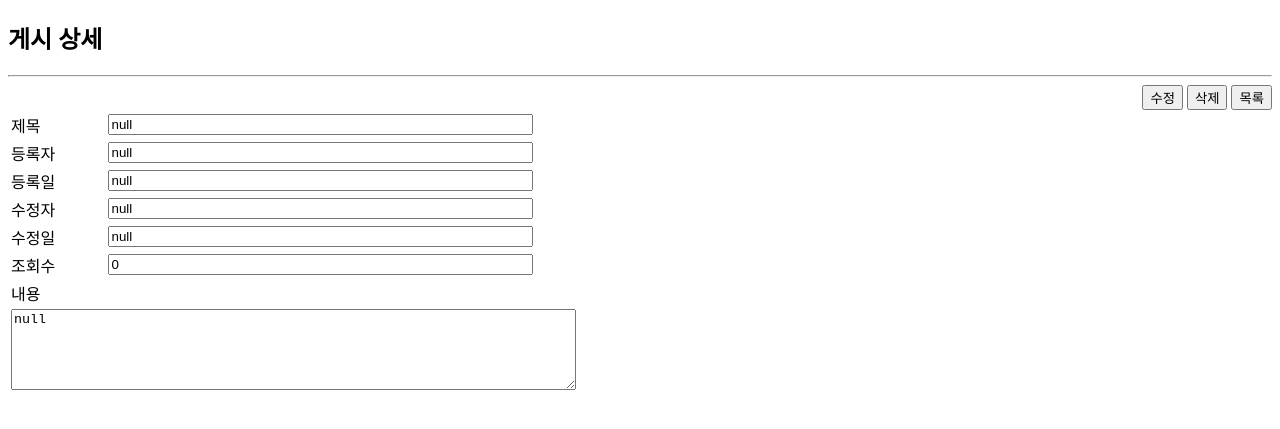
Repository: kimjoohye/study_WEB
Page: http://localhost/studyhtml5/board/board_mod.jsp
The author's editor kept a copy of each file at every save. The page is drawn from the files as they stood at one save, then again after the next save.
The browser window is 1280 px wide. The pictures show the whole page.
The page is served by Tomcat 9. Nobody is signed in. The application's start-up code is not run. Other server files are loaded and not shown.

Above is the page before, as saved 2022-05-19 06:23:17.

### workspace/studyhtml5/WebContent/board/board_mod.jsp
<%@page import="com.pcwk.board.BoardVO"%>
<%@ page language="java" contentType="text/html; charset=UTF-8"
    pageEncoding="UTF-8"%>
<%@ include file="/com/common.jsp" %>
<%
    BoardVO vo = (BoardVO) request.getAttribute("vo");
	if(null == vo) {
		vo = new BoardVO();
	}
%>
<!DOCTYPE html>
<html>
<head>
<meta name="viewport" content="width=device-width,initial-scale=1.0">
<meta charset="UTF-8">
<link rel="shortcut icon" type="image/x-icon" href="<%=contPath %>/favicon.ico">
<!--reset 스타일 시트 -->
<!-- link rel="stylesheet" type="text/css" href="<%=contPath %>/asset/css/reset.css" -->
<link rel="stylesheet"  type="text/css" href="<%=contPath %>/asset/css/jquery-ui.css">
<!--스타일 시트 -->
<style type="text/css">
</style>
<title>Insert title here</title>
<!-- jquery -->
<script type="text/javascript" src="<%=contPath %>/asset/js/jquery-1.12.4.js"></script>
<!-- jQuery UI -->
<script type="text/javascript" src="<%=contPath %>/asset/js/jquery-ui.js"></script>
<script type="text/javascript" src="<%=contPath %>/asset/js/common.js"></script>
</head>
<body>
	<h2>게시 상세</h2>
	<hr/>

	<div width="600" style="text-align: right;">
	 <input type="button" value="수정" id="doUpdate">
	 <input type="button" value="삭제" id="doDelete">
	 <input type="button" value="목록" id="moveToList">
	</div>
	<form action="<%=contPath %>/board/board.do" name="boardFrm" id="boardFrm">
		<input type="hidden" name="seq" id="seq" value="<%=vo.getSeq()%>">
		<input type="hidden" name="work_div" id="work_div">
	  <table width="600">
	      <tr>
	        <td width="100">제목</td>
	        <td width="500"><input type="text" name="title" id="title" maxlength="200" size="50" value="<%=vo.getTitle()%>"></td>
	        <td></td>
	      </tr>
	      <tr>
	        <td width="100">등록자</td>
	        <td width="500"><input value="<%=vo.getRegId()%>" type="text" name="reg_id" id="title" maxlength="50" size="50" readonly></td>
	      </tr>
	      <tr>
	        <td width="100">등록일</td>
	        <td width="500"><input value="<%=vo.getRegDt()%>" type="text" name="regDt" id="regDt" maxlength="50" size="50" readonly></td>
	      </tr>
	      <tr>
	        <td width="100">수정자</td>
	        <td width="500"><input value="<%=vo.getModId()%>" type="text" name="mod_id" id="mod_id" maxlength="50" size="50"></td>
	      </tr>
	      <tr>
	        <td width="100">수정일</td>
	        <td width="500"><input value="<%=vo.getModDt()%>" type="text" name="modDt" id="modDt" maxlength="50" size="50" readonly></td>
	      </tr>
	      <tr>
	        <td width="100">조회수</td>
	        <td width="500"><input value="<%=vo.getReadCnt()%>"type="text" name="readCnt" id="readCnt" maxlength="50" size="50" readonly></td>
	      </tr>
	      <tr>
	        <td colspan="2">내용</td>
	      </tr>
	      <tr>
	        <td colspan="2"><textarea rows="5" cols="68" name="contents" id="contents"><%=vo.getContents()%></textarea></td>
	      </tr>
	  </table>
	</form>

	<script type="text/javascript">
	$('#doUpdate').on('click', function(){
		console.log('#doUpdate');

		let title = $('#title').val();
		// if(null === title || title.trim().length == 0) {
			if(isEmpty(title)) {
			// focus
			$('#title').focus();
			alert('제목을 입력하세요.');
			return;
		}
		title = title.trim();

		let modId = $('#mod_id').val();

		console.log('isEmpty(modId) : ' + isEmpty(modId));

		if(isEmpty(modId) || modId.trim().length == 0) {
			$('#mod_id').focus();
			alert('수정자 ID를 입력하세요');
			return;
		}
		modId = modId.trim();

		let contents = $('#contents').val();
		if(isEmpty(contents) || contents.trim().length == 0) {
			$('#contents').focus();
			alert('내용을 입력하세요');
			return;
		}
		contents = contents.trim();

		if(false == confirm('수정하시겠습니까?')) return;

    $.ajax({
        type: "GET",
        url:"<%=contPath%>/board/board.do",
        asyn:"true",
        dataType:"html",
        data:{
          work_div:"doUpdate",
          seq : $('#seq').val(),
          title : title,
          modId : modId,
          contents : contents
        },
        success:function(data){//통신 성공
            // console.log("success data:"+data);
        	  //string to json
        	  const jsonObj = JSON.parse(data);
        	  if(!isEmpty(jsonObj) && jsonObj.messageId == "1") {
	        		alert(jsonObj.msgContents);
	        		goList();
        	  }else {
        		  alert(jsonObj.msgContents);
        	  }
          },
          error:function(data){//실패시 처리
            console.log("error:"+data);
          }
      });


	});

	 $('#moveToList').on('click', function(){
		 goList();
	 });

	 function goList(){
		 const listURL = "/studyhtml5/board/board.do?work_div=doRetrieve";
     window.location.href=listURL;
	 }

	 $('#doDelete').on('click', function(){
		 // console.log('#doDelete');
		 // ajax

		 let seq = $('#seq').val();
		 if(null === seq || seq.length === 0) {
			alert('seq를 확인하세요');
			return;
		 }

		 if(false == confirm("삭제하시겠습니까?")) return;

     $.ajax({
         type: "GET",
         url:"<%=contPath%>/board/board.do",
         asyn:"true",
         dataType:"html",
         data:{
           work_div:"doDelete",
           seq : seq
         },
         success:function(data){//통신 성공
             console.log("success data:"+data);
             // string -> json
             const jsonObj = JSON.parse(data);
             console.log('messageId : ' + jsonObj.messageId);
             console.log('msgContents : ' + jsonObj.msgContents);

             if(null != jsonObj && jsonObj.messageId == "1") {
            	 alert(jsonObj.msgContents);
            	 // Controller로 보내 데이터 조회
            	 // const listURL = "/studyhtml5/board/board.do?work_div=doRetrieve";
            	 // window.location.href=listURL;
            	 goList();
             }else {
            	 alert(jsonObj.msgContents);
             }
           },
           error:function(data){//실패시 처리
             console.log("error:"+data);

           }
       });

	 });
	</script>
</body>
</html>

### workspace/studyhtml5/WebContent/com/common.jsp
<%@page import="org.apache.log4j.Logger"%>
<%@ page language="java" contentType="text/html; charset=UTF-8"
    pageEncoding="UTF-8"%>

<%--
  -헤더 입력 : cache control

    웹 캐시(영어: web cache) 또는 HTTP 캐시(HTTP cache)는 서버 지연을 줄이기 위해 웹 페이지,
    이미지, 기타 유형의 웹 멀티미디어 등의 웹 문서들을 임시 저장하기 위한 정보기술이다.
    모든 jsp에 포함 가능 :  <jsp:include='' />
    <%@ include file='' %>
--%>

<%
   // Context Path
   String contPath = request.getContextPath();
   Logger LOG = Logger.getLogger(this.getClass());

   // Http 1.1에서 지원하는 헤더 : 웹브라우저가 응답결과를 캐시하지 않음
   response.setHeader("Cache-Control", "no-cache");

   // 웹 브라우저가 응답결과를 캐시하지 않음(앞/뒤로 가기 no-cache)
   response.setHeader("Cache-Control", "no-store");

   // Http 1.0에서 지원하는 헤더 : 웹브라우저가 응답결과를 캐시하지 않음
   response.setHeader("Pragma","no-cache");

   // Http 1.0에서 현재시간 이전으로 캐시하지 않음
   response.setHeader("Expires","1L");
   //out.println("웹브라우저가 응답결과를 캐시하지 않음");
%>

### workspace/studyhtml5/src/com/pcwk/cmn/DTO.java
package com.pcwk.cmn;

/**
 * 모든 domain의 Parent
 * @author ITSC
 *
 */
public class DTO {
	private int no;//순번

	public DTO() {}

	public DTO(int no) {
		super();
		this.no = no;
	}

	public int getNo() {
		return no;
	}

	public void setNo(int no) {
		this.no = no;
	}

	@Override
	public String toString() {
		return "DTO [no=" + no + "]";
	}


}

### workspace/studyhtml5/src/com/pcwk/board/BoardVO.java
package com.pcwk.board;

import com.pcwk.cmn.DTO;

public class BoardVO extends DTO {
	private int    seq	       ;//순번(PK)
	private String title	   ;//제목
	private String contents    ;//내용
	private int    readCnt     ;//조회수
	private String regDt	   ;//등록일
	private String regId	   ;//등록자
	private String modDt	   ;//수정일
	private String modId	   ;//수정자

	public BoardVO() {}

	public BoardVO(int seq, String title, String contents, int readCnt, String regDt, String regId, String modDt,
			String modId) {
		super();
		this.seq = seq;
		this.title = title;
		this.contents = contents;
		this.readCnt = readCnt;
		this.regDt = regDt;
		this.regId = regId;
		this.modDt = modDt;
		this.modId = modId;
	}

	public int getSeq() {
		return seq;
	}

	public void setSeq(int seq) {
		this.seq = seq;
	}

	public String getTitle() {
		return title;
	}

	public void setTitle(String title) {
		this.title = title;
	}

	public String getContents() {
		return contents;
	}

	public void setContents(String contents) {
		this.contents = contents;
	}

	public int getReadCnt() {
		return readCnt;
	}

	public void setReadCnt(int readCnt) {
		this.readCnt = readCnt;
	}

	public String getRegDt() {
		return regDt;
	}

	public void setRegDt(String regDt) {
		this.regDt = regDt;
	}

	public String getRegId() {
		return regId;
	}

	public void setRegId(String regId) {
		this.regId = regId;
	}

	public String getModDt() {
		return modDt;
	}

	public void setModDt(String modDt) {
		this.modDt = modDt;
	}

	public String getModId() {
		return modId;
	}

	public void setModId(String modId) {
		this.modId = modId;
	}

	@Override
	public String toString() {
		return "BoardVO [seq=" + seq + ", title=" + title + ", contents=" + contents + ", readCnt=" + readCnt
				+ ", regDt=" + regDt + ", regId=" + regId + ", modDt=" + modDt + ", modId=" + modId + ", toString()="
				+ super.toString() + "]";
	}



}

### workspace/studyhtml5/WebContent/asset/js/common.js
'use strict';

let isEmpty = function(value) {
  if(null == value || value == "" || "null" == value || value == undefined) {
    return true;
  }else {
    return false;
  }
}

Loaded but not shown: workspace/studyhtml5/WebContent/asset/css/jquery-ui.css (library); workspace/studyhtml5/WebContent/asset/js/jquery-1.12.4.js (library); workspace/studyhtml5/WebContent/asset/js/jquery-ui.js (library)

After the next save:
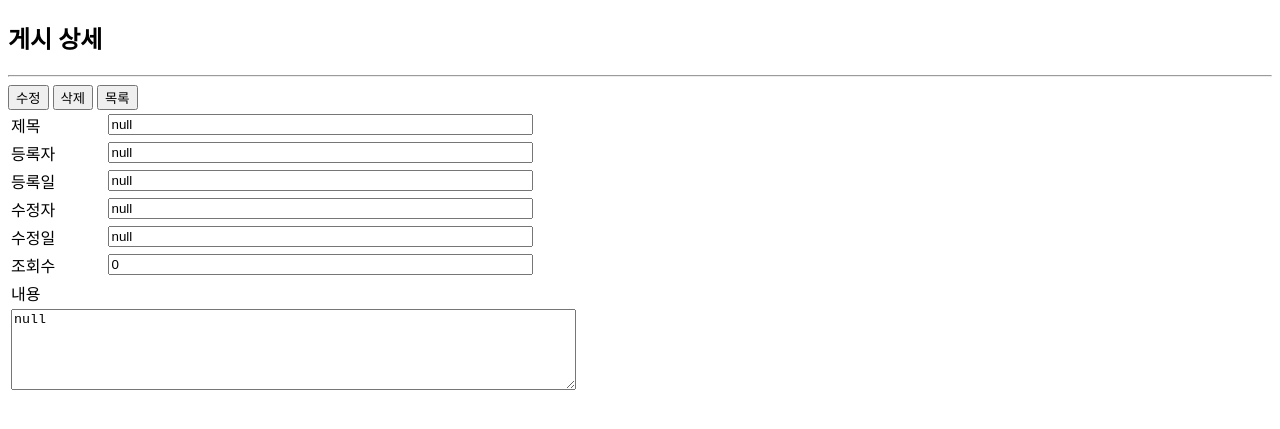
Saved 54 s later.
--- a/workspace/studyhtml5/WebContent/board/board_mod.jsp
+++ b/workspace/studyhtml5/WebContent/board/board_mod.jsp
@@ -31,7 +31,7 @@
 	<h2>게시 상세</h2>
 	<hr/>
 
-	<div width="600" style="text-align: right;">
+	<div width="600">
 	 <input type="button" value="수정" id="doUpdate">
 	 <input type="button" value="삭제" id="doDelete">
 	 <input type="button" value="목록" id="moveToList">
